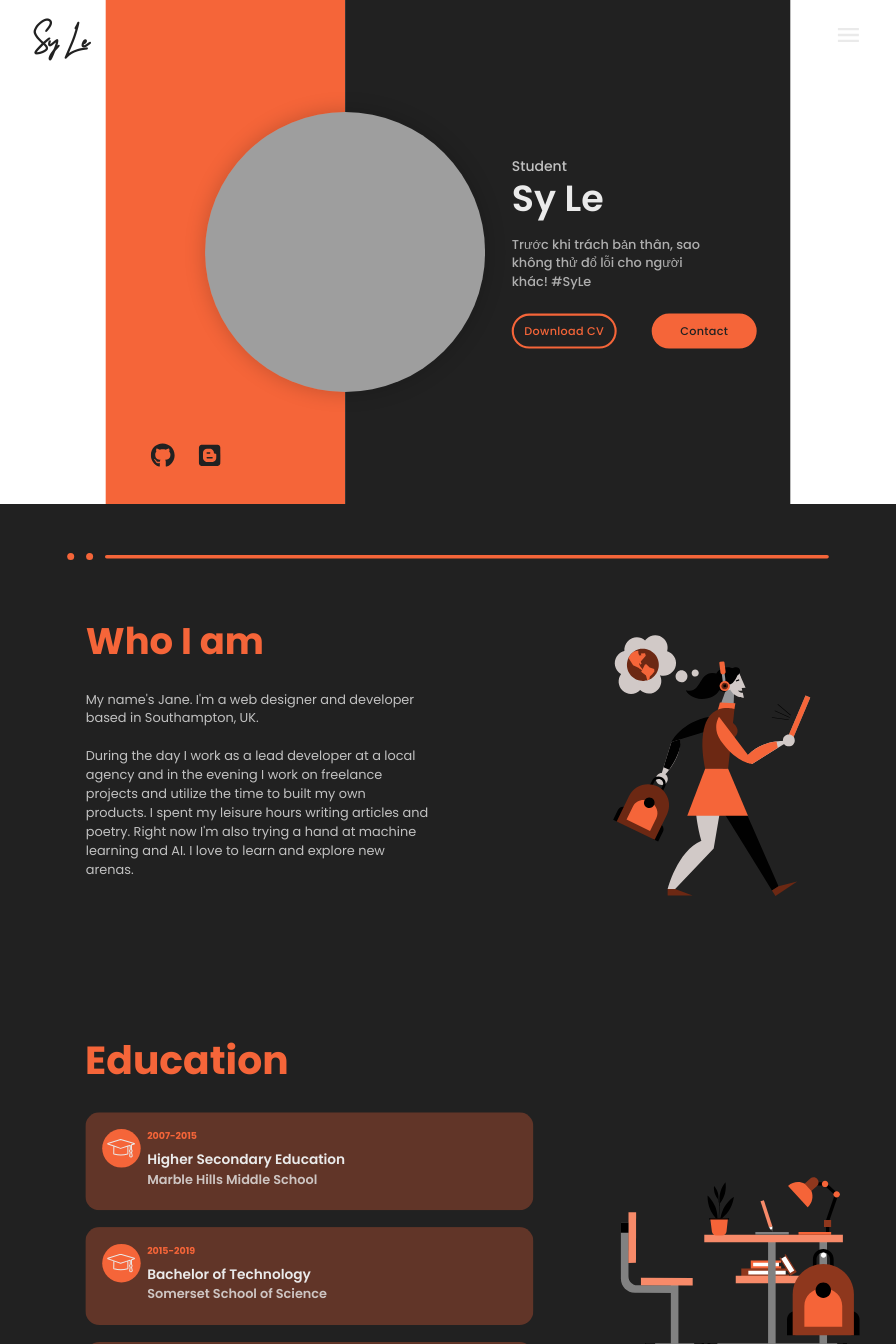
Repository: SyLe-Van/Webite_Subject
Page: / (app in Lab3/Homework/homework4/)
These files come from the project's save history. The page is drawn as it stood at one moment and after the next save; the edit follows.
The browser window is 1280 px wide. The pictures show the part of the page from y = 0 to 1920 px (the page is 7857 px tall), at 70% of full size.
Pictures or frames that could not be fetched are drawn as grey boxes. Some web fonts or font styles are not loaded; a fallback is used. The project was rebuilt for these pictures with package versions that can differ from the ones it lists, and the page was loaded fresh each time. Also part of the build but not shown: Lab3/Homework/homework4/src/pages/Blog/BlogPage.css, Lab3/Homework/homework4/src/pages/Blog/BlogPage.js, Lab3/Homework/homework4/src/pages/Project/ProjectPage.css, Lab3/Homework/homework4/src/pages/Project/ProjectPage.js. Imported but missing from the stored project, and not drawn on this page: Lab3/Homework/homework4/src/assets/pdf/resume.pdf.

Above is the page before, as saved 2023-12-01 15:57:39.

After the next save:
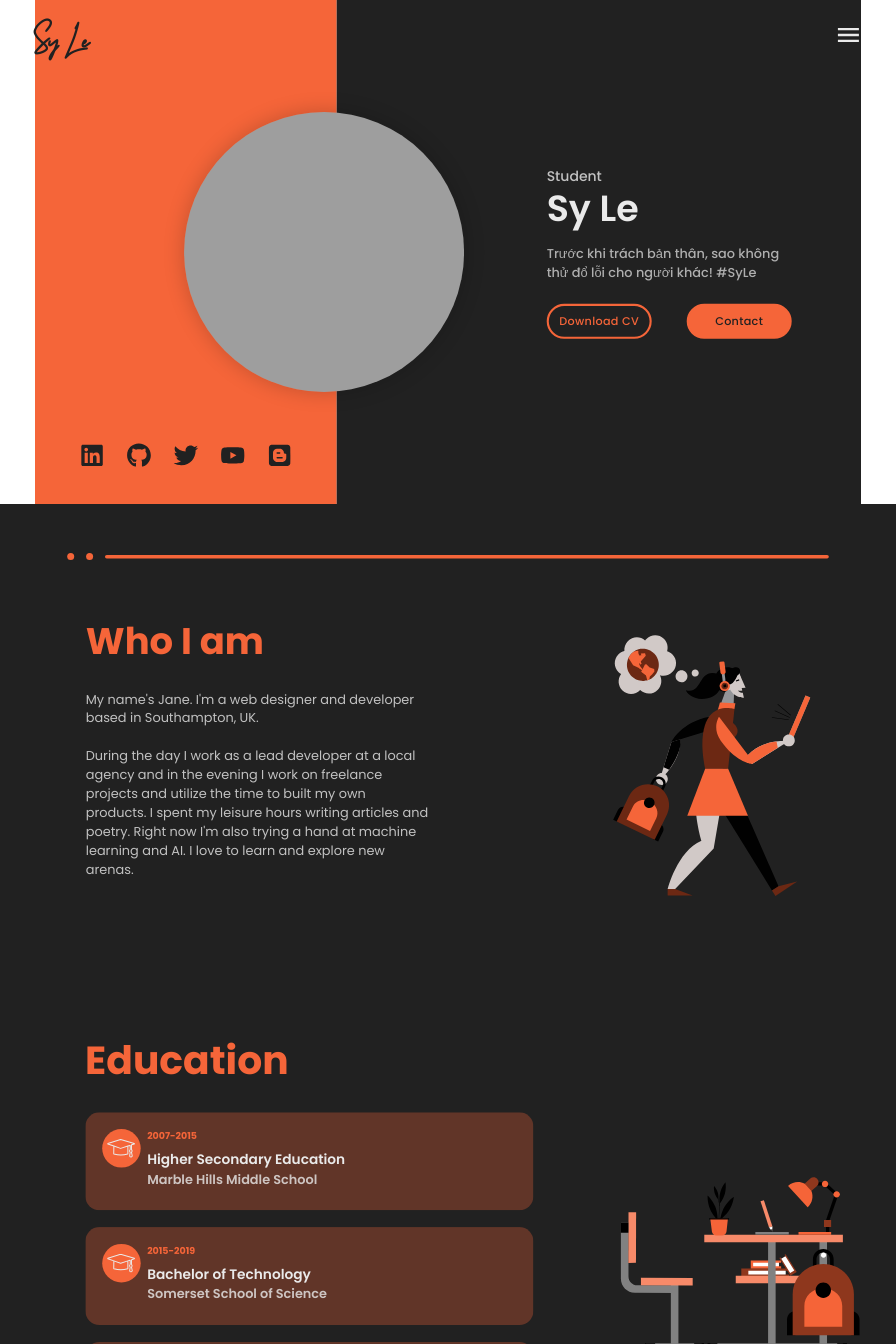
Saved 37 s later.
--- a/Lab3/Homework/homework4/src/components/Landing/Landing.js
+++ b/Lab3/Homework/homework4/src/components/Landing/Landing.js
@@ -75,7 +75,19 @@ function Landing() {
                     style={{ backgroundColor: theme.primary }}
                 >
                     <div className='lcl--content'>
-
+                        {socialsData.linkedIn && (
+                            <a
+                                href={socialsData.linkedIn}
+                                target='_blank'
+                                rel='noreferrer'
+                            >
+                                <FaLinkedin
+                                    className='landing--social'
+                                    style={{ color: theme.secondary }}
+                                    aria-label='LinkedIn'
+                                />
+                            </a>
+                        )}
                         {socialsData.github && (
                             <a
                                 href={socialsData.github}
@@ -89,8 +101,32 @@ function Landing() {
                                 />
                             </a>
                         )}
-
-
+                        {socialsData.twitter && (
+                            <a
+                                href={socialsData.twitter}
+                                target='_blank'
+                                rel='noreferrer'
+                            >
+                                <FaTwitter
+                                    className='landing--social'
+                                    style={{ color: theme.secondary }}
+                                    aria-label='Twitter'
+                                />
+                            </a>
+                        )}
+                        {socialsData.youtube && (
+                            <a
+                                href={socialsData.youtube}
+                                target='_blank'
+                                rel='noreferrer'
+                            >
+                                <FaYoutube
+                                    className='landing--social'
+                                    style={{ color: theme.secondary }}
+                                    aria-label='YouTube'
+                                />
+                            </a>
+                        )}
                         {socialsData.blogger && (
                             <a
                                 href={socialsData.blogger}
